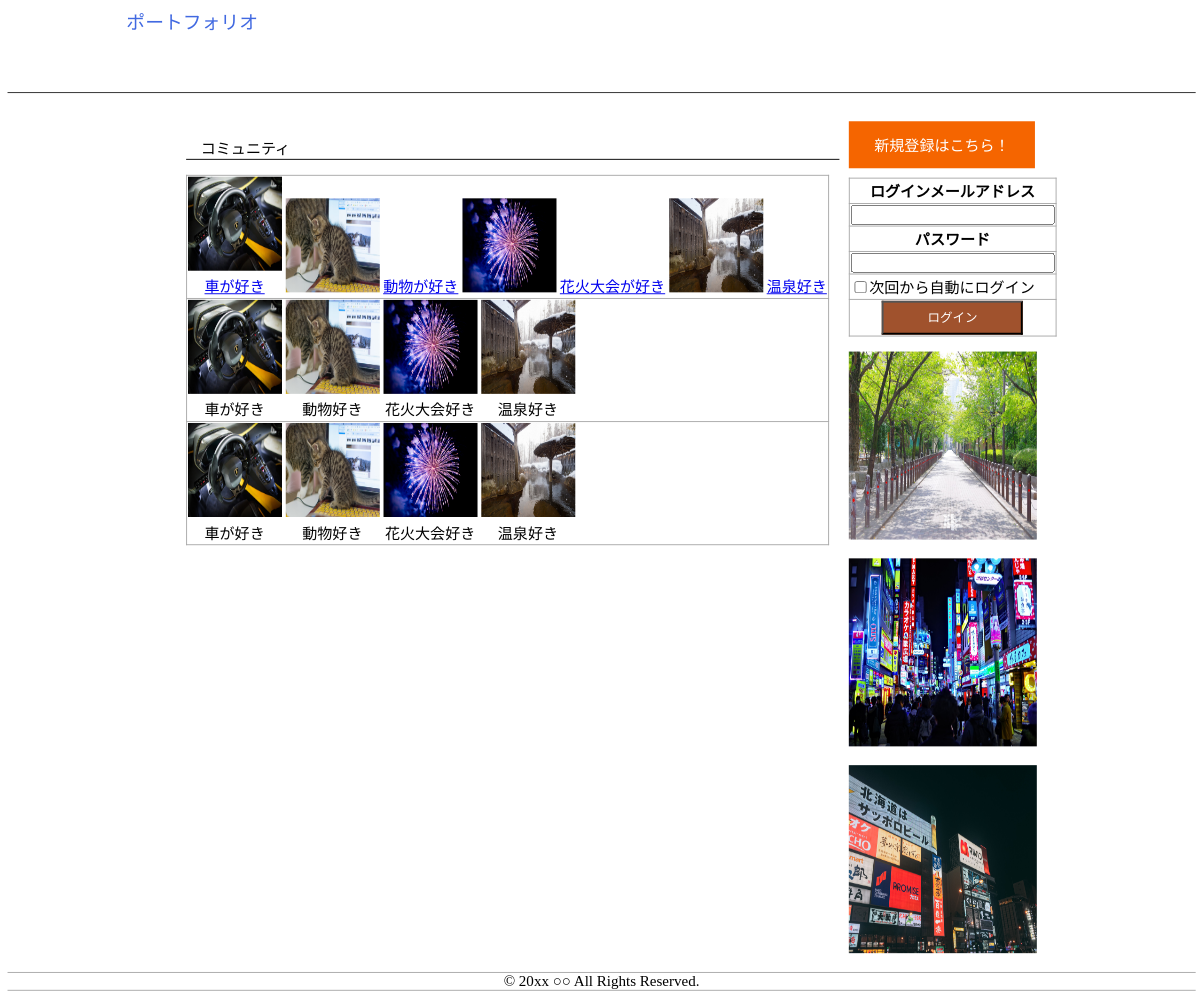
Repository: yuukiabc/samurai_PHP
Page: Login.html
The author's editor kept a record of every edit. The page is drawn from the files as they stood at one moment, then again after the next edit.
The browser window is 1280 px wide. The pictures show the whole page, at 94% of full size.

Above is the page before.

After the next edit:
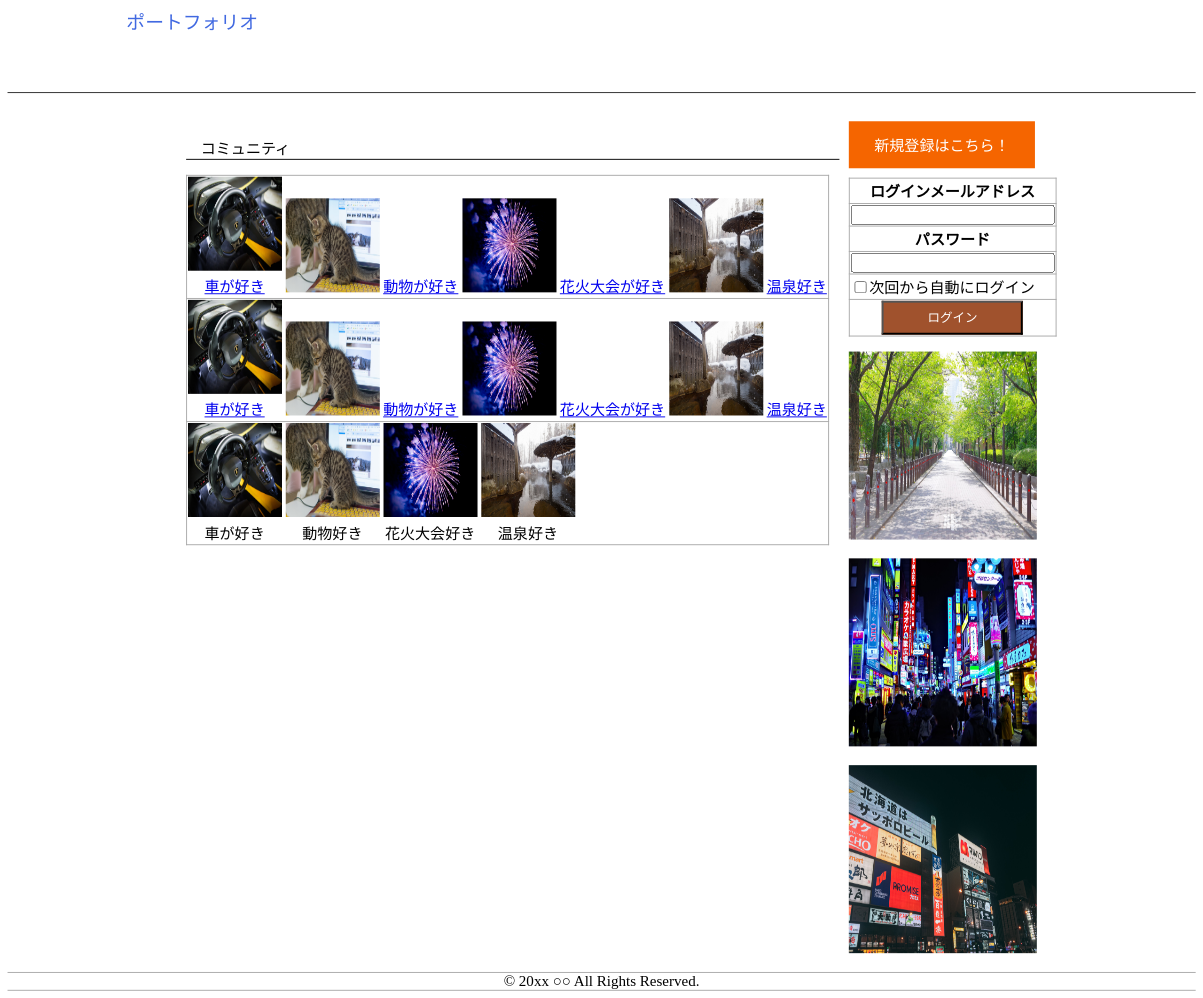
The edit:
--- a/Login.html
+++ b/Login.html
@@ -37,19 +37,19 @@
                     <td>
                         <div class="community">
                             <img src="16.jpg" alt="画像"width="100" height="100">
-                            <br>車が好き
+                            <br><a href="#">車が好き</a>
                         </div>
                         <div class="community">
                             <img src="17.jpg" alt="画像"width="100" height="100">
-                            <br>動物好き
+                            <a href="#">動物が好き</a>
                         </div>
                         <div class="community">
                             <img src="18.jpg" alt="画像"width="100" height="100">
-                            <br>花火大会好き
+                            <a href="#">花火大会が好き</a>
                         </div>
                         <div class="community">
                             <img src="19.jpg" alt="画像"width="100" height="100">
-                            <br>温泉好き
+                            <a href="#">温泉好き</a>
                         </div>
                     </td>
                 </tr>
